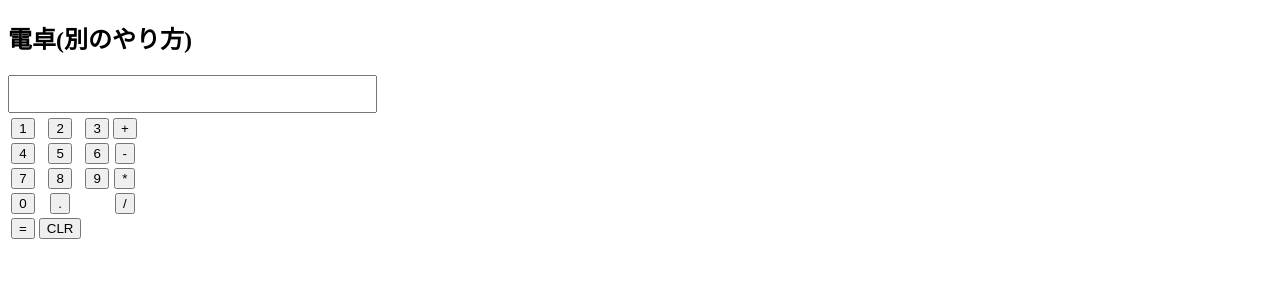
Repository: syokaturyou/potepan
Page: dentaku.html
The author's editor kept a record of every edit. The page is drawn from the files as they stood at one moment, then again after the next edit.
The browser window is 1280 px wide. The pictures show the whole page.

Above is the page before.

After the next edit:
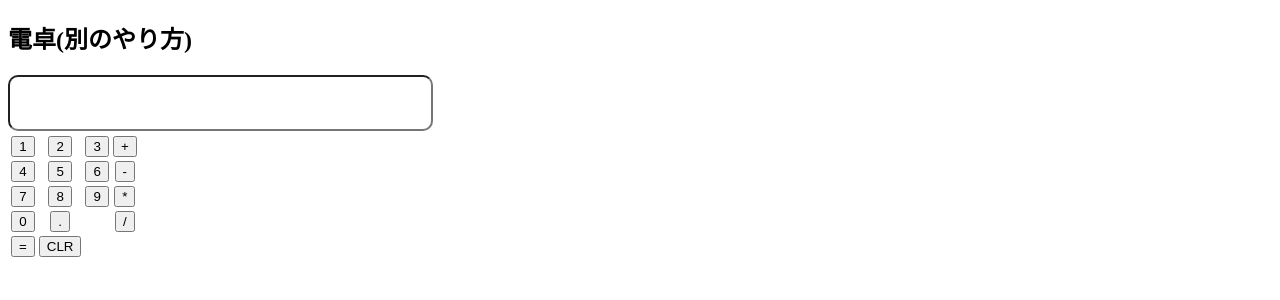
The edit:
--- a/css/main.css
+++ b/css/main.css
@@ -8,8 +8,9 @@
   background-color: black;
 }
 
- .button {
+ input {
   padding: 10px 30px;
+  border-radius: 10px;
 }
 
 .plus{
